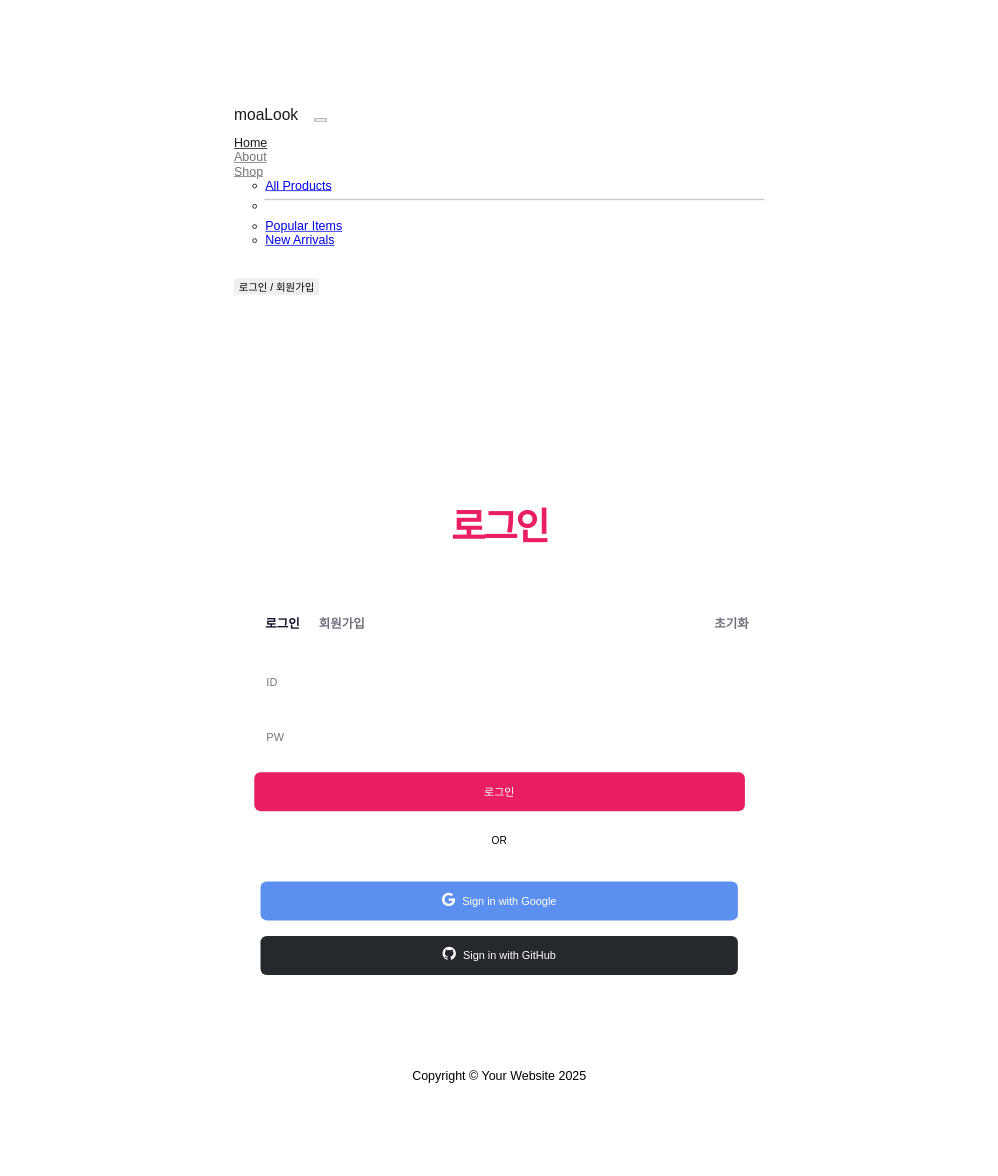
Repository: min7385/2025_moaLook_project
Page: http://localhost/moaLook/WEB-INF/views/member/registView.jsp
An editor plug-in stored every save of this project. The page is shown before and after the next save, followed by the edit.
The browser window is 1280 px wide. The pictures show the whole page, at 78% of full size.
The page is served by Tomcat 9. Nobody is signed in. The template is opened directly, without the code that normally fills it, so the values that code supplies are empty.

Above is the page before, as saved 2025-04-11 03:14:05.

After the next save:
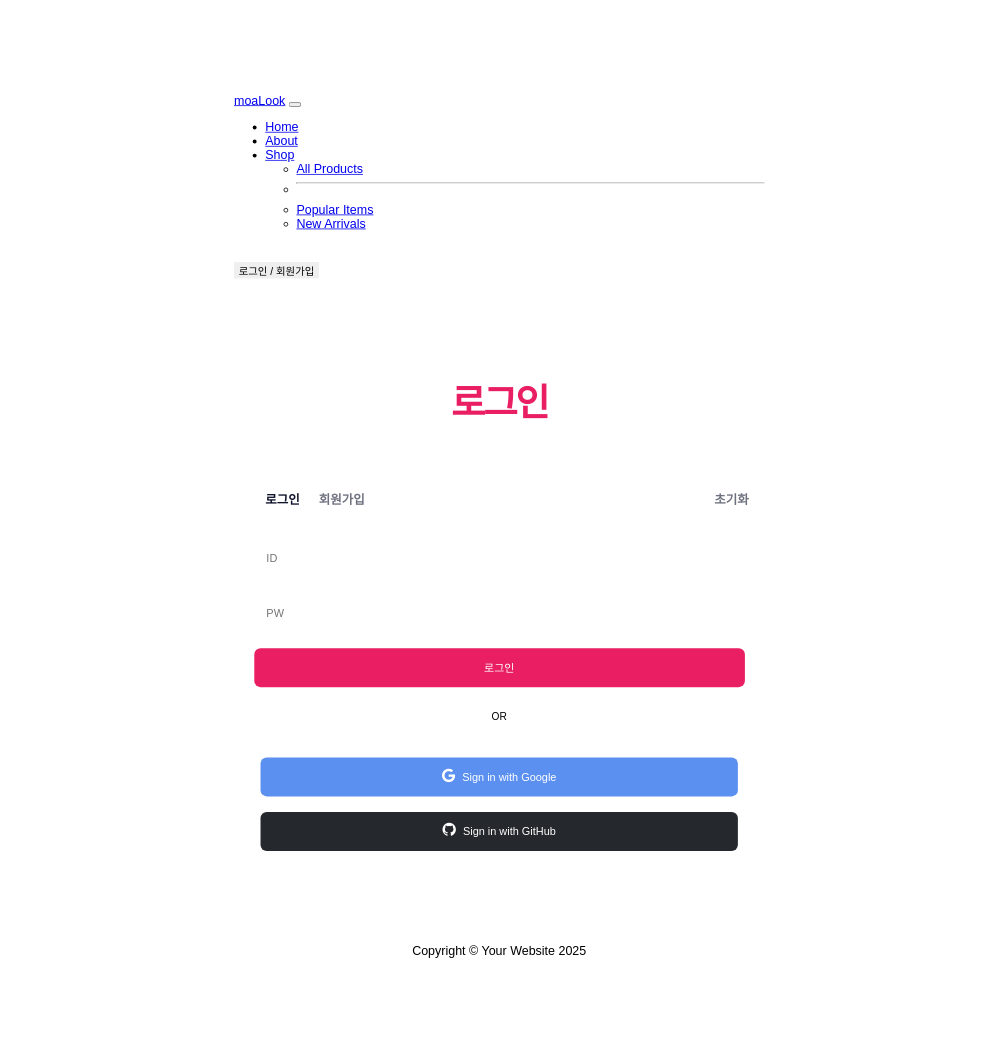
Saved 63 s later.
--- a/moaLook/src/main/webapp/WEB-INF/views/member/registView.jsp
+++ b/moaLook/src/main/webapp/WEB-INF/views/member/registView.jsp
@@ -21,7 +21,6 @@
 	<script src="https://code.jquery.com/jquery-3.6.0.min.js"></script>
 	<!-- 정적 리소스 연결 (CSS 등) -->
  	<link rel="stylesheet" href="${pageContext.request.contextPath}/resources/css/registView.css">
- 	<link rel="stylesheet" href="${pageContext.request.contextPath}/resources/css/top.css">
   	<link rel="stylesheet" href="https://cdnjs.cloudflare.com/ajax/libs/font-awesome/4.7.0/css/font-awesome.min.css">
 
 </head>
